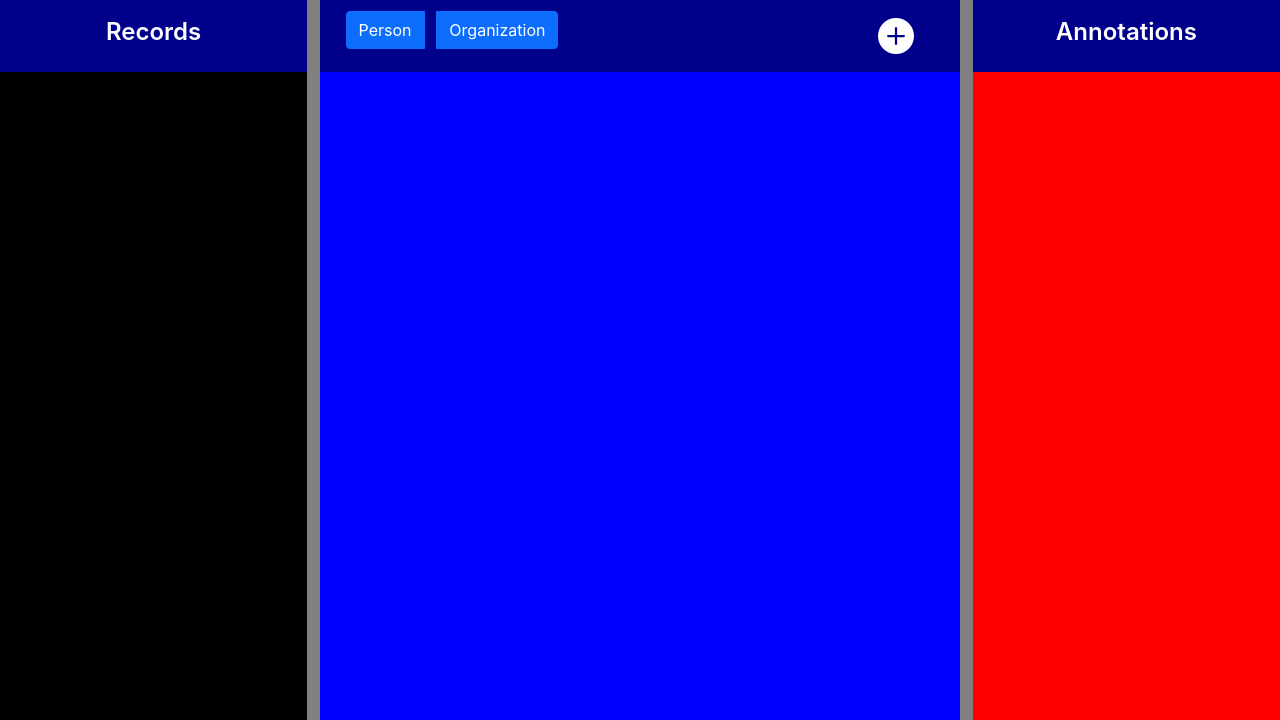
Repository: napan24/classforma_assignment
Page: / (app in client/)
An editor plug-in stored every save of this project. The page is shown before and after the next save, followed by the edit.
The browser window is 1280 px wide. The pictures show the whole page.
The project was rebuilt for these pictures with package versions that can differ from the ones it lists, and the page was loaded fresh each time. Also part of the build but not shown: client/src/App.css.

Above is the page before, as saved 2022-07-19 17:07:27.

### client/public/index.html
<!DOCTYPE html>
<html lang="en">
  <head>
    <meta charset="utf-8" />
    <link rel="icon" href="%PUBLIC_URL%/favicon.ico" />
    <meta name="viewport" content="width=device-width, initial-scale=1" />
    <meta name="theme-color" content="#000000" />
    <meta
      name="description"
      content="Web site created using create-react-app"
    />
    <link href="https://cdn.jsdelivr.net/npm/bootstrap@5.1.3/dist/css/bootstrap.min.css" rel="stylesheet" integrity="sha384-1BmE4kWBq78iYhFldvKuhfTAU6auU8tT94WrHftjDbrCEXSU1oBoqyl2QvZ6jIW3" crossorigin="anonymous">
    <link rel="apple-touch-icon" href="%PUBLIC_URL%/logo192.png" />
    <!--
      manifest.json provides metadata used when your web app is installed on a
      user's mobile device or desktop. See https://developers.google.com/web/fundamentals/web-app-manifest/
    -->
    <link rel="manifest" href="%PUBLIC_URL%/manifest.json" />
    <!--
      Notice the use of %PUBLIC_URL% in the tags above.
      It will be replaced with the URL of the `public` folder during the build.
      Only files inside the `public` folder can be referenced from the HTML.

      Unlike "/favicon.ico" or "favicon.ico", "%PUBLIC_URL%/favicon.ico" will
      work correctly both with client-side routing and a non-root public URL.
      Learn how to configure a non-root public URL by running `npm run build`.
    -->
    <title>React App</title>
  </head>
  <body>
    <noscript>You need to enable JavaScript to run this app.</noscript>
    <div id="root"></div>
    <!--
      This HTML file is a template.
      If you open it directly in the browser, you will see an empty page.

      You can add webfonts, meta tags, or analytics to this file.
      The build step will place the bundled scripts into the <body> tag.

      To begin the development, run `npm start` or `yarn start`.
      To create a production bundle, use `npm run build` or `yarn build`.
    -->
    <script src="https://cdn.jsdelivr.net/npm/bootstrap@5.1.3/dist/js/bootstrap.bundle.min.js" integrity="sha384-ka7Sk0Gln4gmtz2MlQnikT1wXgYsOg+OMhuP+IlRH9sENBO0LRn5q+8nbTov4+1p" crossorigin="anonymous"></script>
  </body>
</html>

### client/src/App.js
import logo from './logo.svg';
import './App.css';
import Home from './Home';

function App() {
  return (
    <>
      <Home></Home>
    </>
  );
}

export default App;

### client/src/Home.js
import React from 'react'

const Home = () => {
    return (
        <>
            <div style={{ display: 'flex', width: "100vw", height: "100vh",backgroundColor:"grey" }}>
                <div style={{ width: "24vw", height: "100vh", backgroundColor: "black", marginRight: "1vw" }}>
                    <div style={{ width: "24vw", height: "10vh", backgroundColor: "#00008b", textAlign: 'center', fontSize: '150%', color: "white", fontWeight: "600", position: "fixed" }}>
                        <p style={{ marginTop: "2vh" }}>
                            Records
                        </p>
                    </div>
                    <div>

                    </div>
                </div>
                <div style={{ width: "50vw", height: "100vh", backgroundColor: "blue", marginRight: "1vw" }}>
                    <div style={{ width: "50vw", height: "10vh", backgroundColor: "#00008b",position:'relative' }}>
                        <div class="btn-group" style={{ marginTop: "1.5vh", marginLeft: "2vw" }}>
                            <button type="button" class="btn btn-primary" style={{ marginRight: "1vw" }}>Person</button>
                            <button type="button" class="btn btn-primary">Organization</button>
                        </div>
                        <svg style={{width:"20%",height:"50%",marginTop:'2.5vh',position:"absolute",right:"0",color:"white"}} xmlns="http://www.w3.org/2000/svg" fill="currentColor" class="bi bi-plus-circle-fill" viewBox="0 0 16 16">
                            <path d="M16 8A8 8 0 1 1 0 8a8 8 0 0 1 16 0zM8.5 4.5a.5.5 0 0 0-1 0v3h-3a.5.5 0 0 0 0 1h3v3a.5.5 0 0 0 1 0v-3h3a.5.5 0 0 0 0-1h-3v-3z" />
                        </svg>
                    </div>
                    <div>

                    </div>
                </div>
                <div style={{ width: "24vw", height: "100vh", backgroundColor: "red" }}>
                    <div style={{ width: "24vw", height: "10vh", backgroundColor: "#00008b", textAlign: 'center', fontSize: '150%', color: "white", fontWeight: "600", position: "fixed" }}>
                        <p style={{ marginTop: "2vh" }}>
                            Annotations
                        </p>
                    </div>
                    <div>

                    </div>
                </div>
            </div>
        </>
    )
}

export default Home

Loaded but not shown: client/src/index.js (common file); client/src/index.css (common file); client/src/reportWebVitals.js (common file)

After the next save:
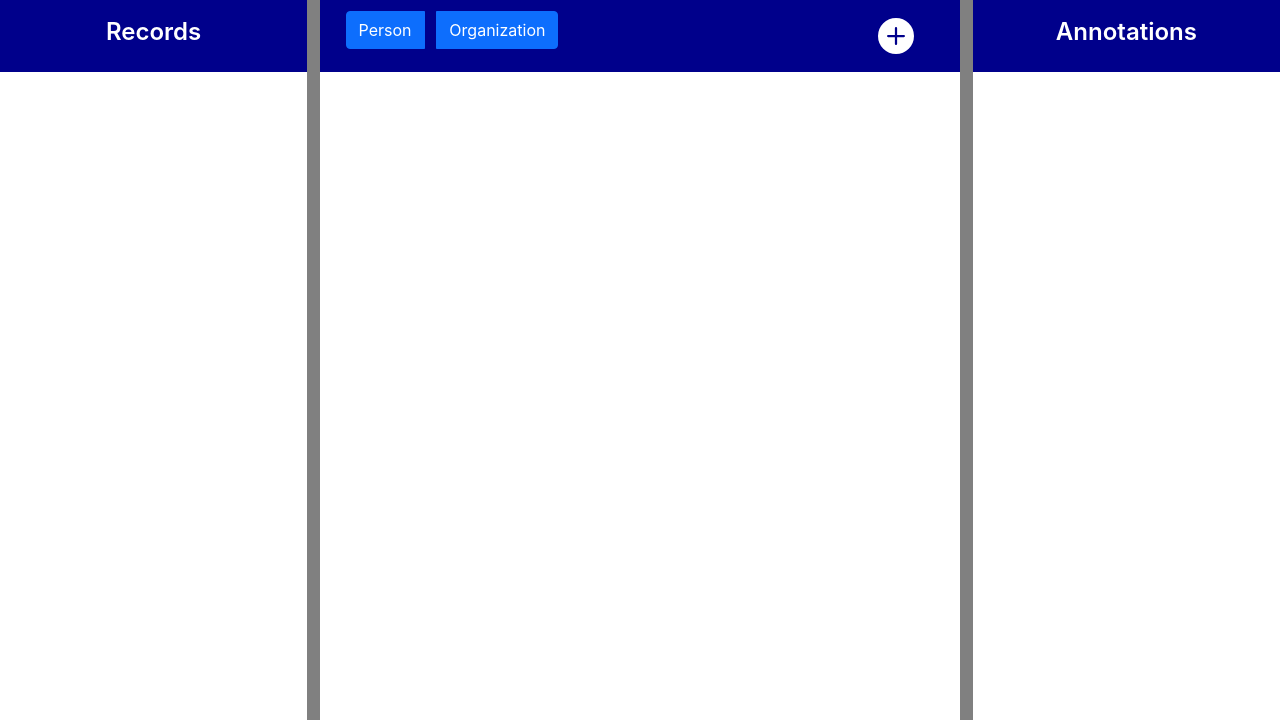
Saved 18 s later.
--- a/client/src/Home.js
+++ b/client/src/Home.js
@@ -4,7 +4,7 @@ const Home = () => {
     return (
         <>
             <div style={{ display: 'flex', width: "100vw", height: "100vh",backgroundColor:"grey" }}>
-                <div style={{ width: "24vw", height: "100vh", backgroundColor: "black", marginRight: "1vw" }}>
+                <div style={{ width: "24vw", height: "100vh", backgroundColor: "white", marginRight: "1vw" }}>
                     <div style={{ width: "24vw", height: "10vh", backgroundColor: "#00008b", textAlign: 'center', fontSize: '150%', color: "white", fontWeight: "600", position: "fixed" }}>
                         <p style={{ marginTop: "2vh" }}>
                             Records
@@ -14,7 +14,7 @@ const Home = () => {
 
                     </div>
                 </div>
-                <div style={{ width: "50vw", height: "100vh", backgroundColor: "blue", marginRight: "1vw" }}>
+                <div style={{ width: "50vw", height: "100vh", backgroundColor: "white", marginRight: "1vw" }}>
                     <div style={{ width: "50vw", height: "10vh", backgroundColor: "#00008b",position:'relative' }}>
                         <div class="btn-group" style={{ marginTop: "1.5vh", marginLeft: "2vw" }}>
                             <button type="button" class="btn btn-primary" style={{ marginRight: "1vw" }}>Person</button>
@@ -28,7 +28,7 @@ const Home = () => {
 
                     </div>
                 </div>
-                <div style={{ width: "24vw", height: "100vh", backgroundColor: "red" }}>
+                <div style={{ width: "24vw", height: "100vh", backgroundColor: "white" }}>
                     <div style={{ width: "24vw", height: "10vh", backgroundColor: "#00008b", textAlign: 'center', fontSize: '150%', color: "white", fontWeight: "600", position: "fixed" }}>
                         <p style={{ marginTop: "2vh" }}>
                             Annotations
